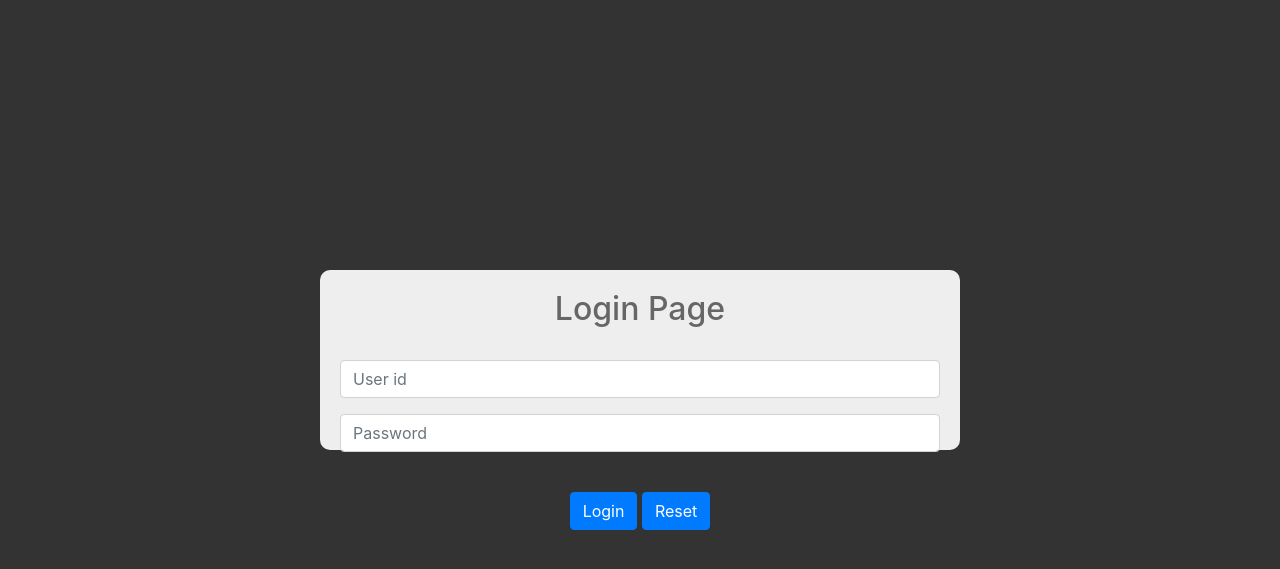
Repository: rkmr039/EMS_PROJECT
Page: EMS/WebContent/login2.html
These files come from the project's save history. The page is drawn as it stood at one moment and after the next save; the edit follows.
The browser window is 1280 px wide. The pictures show the whole page.

Above is the page before, as saved 2019-08-30 07:00:00.
Console error: TypeError: Cannot read properties of undefined (reading 'fn')

After the next save:
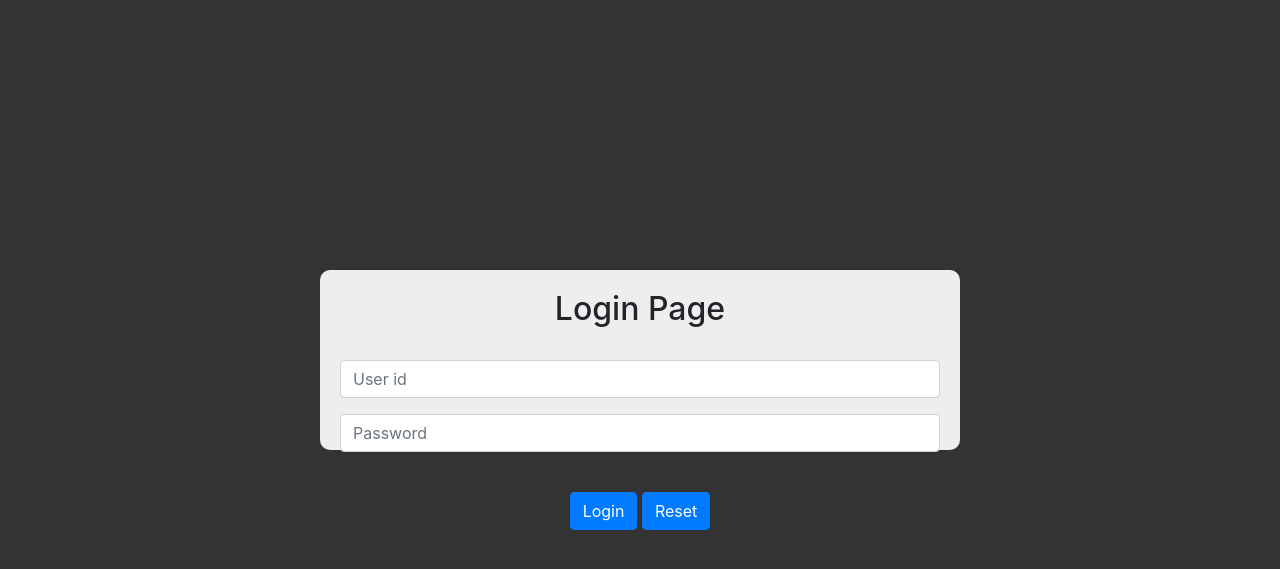
Saved 13 s later.
--- a/EMS/WebContent/login2.html
+++ b/EMS/WebContent/login2.html
@@ -16,7 +16,6 @@ body {
 }
 .form_bg {
     background-color:#eee;
-    color:#666;
     padding:20px;
     border-radius:10px;
     position: absolute;
